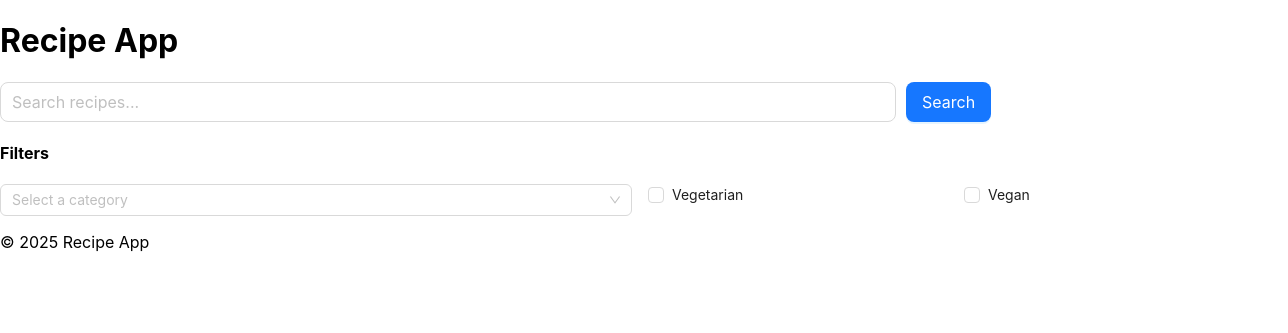
Repository: LearnTek-In-Private-Limited/recipie-era-premier
Page: /
An editor plug-in stored every save of this project. The page is shown before and after the next save, followed by the edit.
The browser window is 1280 px wide. The page is 1288 px wide, so the pictures cover 1288 px, including what lies to the right of the window. The pictures show the whole page.
The page's requests for data from a server got no answer. The project was rebuilt for these pictures with package versions that can differ from the ones it lists, and the page was loaded fresh each time. No one was signed in, and anything a server would have sent is missing.

Above is the page before, as saved 2025-01-25 19:39:47.

### src/App.js
import React from 'react';
import { Provider } from 'react-redux';
import store from './redux/store';
import RecipeList from './components/RecipeList';
import SearchBar from './components/SearchBar';
import FavoritesList from './components/FavoritesList';
import FilterOptions from './components/FilterOptions';

function App() {
  return (
    <Provider store={store}>
      <div className="container">
        <header className="bg-primary text-white text-center py-3">
          <h1>Recipe App</h1>
        </header>
        <main className="py-4">
          <div className="row mb-4">
            {/* Filters and Search */}
            <div className="col-12">
              <SearchBar />
              <FilterOptions />
            </div>
          </div>
          <div className="row">
            {/* Recipe List */}
            <div className="col-md-8">
              <RecipeList />
            </div>

            {/* Favorites */}
            <div className="col-md-4">
              <FavoritesList />
            </div>
          </div>
        </main>
        <footer className="text-center py-3">
          <p>&copy; 2025 Recipe App</p>
        </footer>
      </div>
    </Provider>
  );
}

export default App;

### src/redux/store.js
import { createStore, combineReducers, applyMiddleware } from 'redux';
import {thunk} from 'redux-thunk';
import { recipeReducer, favoriteReducer } from '../redux/reducers/recipeReducer';

const rootReducer = combineReducers({
  recipes: recipeReducer,
  favorites: favoriteReducer,
});

const store = createStore(rootReducer, applyMiddleware(thunk));

export default store;

### src/components/RecipeList.js
import React, { useState, useEffect } from 'react';
import { Card, Col, Row, Button, Modal } from 'antd';
import { useDispatch, useSelector } from 'react-redux';
import { fetchRecipes, toggleFavorite } from '../redux/actions/recipeActions';

const RecipeList = () => {
  const dispatch = useDispatch();
  const recipes = useSelector((state) => state.recipes.recipes);
  const favorites = useSelector((state) => state.favorites);
  const [selectedRecipe, setSelectedRecipe] = useState(null);

  // Fetch recipes on mount
  useEffect(() => {
    dispatch(fetchRecipes());
  }, [dispatch]);

  const isFavorite = (recipe) => favorites.some((fav) => fav.label === recipe.label);

  const handleRecipeClick = (recipe) => {
    setSelectedRecipe(recipe);
  };

  const handleCloseModal = () => {
    setSelectedRecipe(null);
  };

  const toggleFavoriteStatus = (recipe) => {
    dispatch(toggleFavorite(recipe));
  };

  return (
    <>
      <Row gutter={[16, 16]}>
        {recipes.map((recipe, index) => (
          <Col xs={24} sm={12} md={8} lg={6} key={index}>
            <Card
              hoverable
              style={{ height: '100%', display: 'flex', flexDirection: 'column', justifyContent: 'space-between' }}
              cover={
                <img
                  alt={recipe.label}
                  src={recipe.image}
                  style={{ height: '200px', objectFit: 'cover' }}
                />
              }
              title={recipe.label}
              onClick={() => handleRecipeClick(recipe)} // Clicking on the card opens the modal
            >
              <p>{recipe.cuisineType?.join(', ') || 'No cuisine info'}</p>
              <Button
                type={isFavorite(recipe) ? 'danger' : 'primary'}
                onClick={(e) => {
                  e.stopPropagation(); // Prevent card click event from firing
                  toggleFavoriteStatus(recipe);
                }}
              >
                {isFavorite(recipe) ? 'Remove Favorite' : 'Add to Favorites'}
              </Button>
            </Card>
          </Col>
        ))}
      </Row>

      {/* Modal to show recipe details */}
      <Modal
        title={selectedRecipe?.label}
        visible={selectedRecipe !== null}
        onCancel={handleCloseModal}
        footer={null}
        width={800}
      >
        {selectedRecipe && (
          <div>
            <img
              alt={selectedRecipe.label}
              src={selectedRecipe.image}
              style={{ width: '100%', height: 'auto', objectFit: 'cover' }}
            />
            <h3>Ingredients</h3>
            <ul>
              {selectedRecipe.ingredients.map((ingredient, index) => (
                <li key={index}>{ingredient.text}</li>
              ))}
            </ul>
            <h3>Instructions</h3>
            <p>{selectedRecipe.instructions}</p>
            <p><strong>Preparation time:</strong> {selectedRecipe.totalTime} minutes</p>
            <p><strong>Serving size:</strong> {selectedRecipe.yield} servings</p>
          </div>
        )}
      </Modal>
    </>
  );
};

export default RecipeList;

### src/components/SearchBar.js
import React, { useState } from 'react';
import { Input, Button, message } from 'antd';
import { useDispatch } from 'react-redux';
import { fetchRecipes } from '../redux/actions/recipeActions';

const SearchBar = () => {
  const [query, setQuery] = useState('');
  const dispatch = useDispatch();

  const handleSearch = () => {
    if (!query) {
      message.warning('Please enter a search query');
      return;
    }
    dispatch(fetchRecipes(query));
  };

  return (
    <div className="mb-4">
      <Input
        placeholder="Search recipes..."
        value={query}
        onChange={(e) => setQuery(e.target.value)}
        size="large"
        style={{ marginRight: '10px', width: '70%' }}
        onPressEnter={handleSearch} // Allow "Enter" key to trigger search
      />
      <Button type="primary" size="large" onClick={handleSearch}>
        Search
      </Button>
    </div>
  );
};

export default SearchBar;

### src/components/FavoritesList.js
import React from 'react';
import { Card, Col, Row, Button } from 'antd';
import { useDispatch, useSelector } from 'react-redux';

const RecipeList = () => {
  const dispatch = useDispatch();
  const recipes = useSelector((state) => state.recipes.recipes);
  const favorites = useSelector((state) => state.favorites);

  // Placeholder images
  const vegetarianImage = 'https://via.placeholder.com/150/green'; // Vegetarian placeholder
  const nonVegetarianImage = 'https://via.placeholder.com/150/red'; // Non-vegetarian placeholder

  // Check if the recipe is in favorites
  const isFavorite = (recipe) => favorites.some((fav) => fav.label === recipe.label);

  // Add or remove recipe from favorites
  const toggleFavorite = (recipe) => {
    if (isFavorite(recipe)) {
      dispatch({ type: 'REMOVE_FAVORITE', payload: recipe.label });
    } else {
      dispatch({ type: 'ADD_FAVORITE', payload: recipe });
    }
  };

  return (
    <Row gutter={[16, 16]}>
      {recipes.map((recipe, index) => {
        const isVegetarian = recipe.recipe.dietLabels.includes('Vegetarian');
        const imageUrl = isVegetarian ? vegetarianImage : nonVegetarianImage;

        return (
          <Col xs={24} sm={12} md={8} lg={6} key={index}>
            <Card
              hoverable
              style={{
                height: '350px',
                display: 'flex',
                flexDirection: 'column',
                justifyContent: 'space-between',
              }}
              cover={
                <img
                  className="recipe-image"
                  alt={recipe.recipe.label}
                  src={imageUrl || 'https://via.placeholder.com/150'}
                />
              }
              title={recipe.recipe.label}
            >
              <p>{recipe.recipe.cuisineType?.join(', ') || 'No cuisine info'}</p>
              <Button
                type={isFavorite(recipe.recipe) ? 'danger' : 'primary'}
                onClick={() => toggleFavorite(recipe.recipe)}
              >
                {isFavorite(recipe.recipe) ? 'Remove Favorite' : 'Add to Favorites'}
              </Button>
            </Card>
          </Col>
        );
      })}
    </Row>
  );
};

export default RecipeList;

### src/components/FilterOptions.js
import React from 'react';
import { Select, Checkbox, Row, Col } from 'antd';
import { useDispatch } from 'react-redux';
import { fetchRecipes } from '../redux/actions/recipeActions';

const { Option } = Select;

const FilterOptions = () => {
  const dispatch = useDispatch();

  const handleCategoryChange = (value) => {
    dispatch(fetchRecipes(value));
  };

  const handleDietaryChange = (checkedValues) => {
    const query = checkedValues.join(',');
    dispatch(fetchRecipes(query));
  };

  return (
    <div className="mb-4">
      <h4>Filters</h4>
      <Row gutter={16}>
        <Col md={12}>
          <Select
            style={{ width: '100%' }}
            placeholder="Select a category"
            onChange={handleCategoryChange}
          >
            <Option value="breakfast">Breakfast</Option>
            <Option value="lunch">Lunch</Option>
            <Option value="dinner">Dinner</Option>
          </Select>
        </Col>
        <Col md={12}>
          <Checkbox.Group style={{ width: '100%' }} onChange={handleDietaryChange}>
            <Row>
              <Col span={12}>
                <Checkbox value="vegetarian">Vegetarian</Checkbox>
              </Col>
              <Col span={12}>
                <Checkbox value="vegan">Vegan</Checkbox>
              </Col>
            </Row>
          </Checkbox.Group>
        </Col>
      </Row>
    </div>
  );
};

export default FilterOptions;

### src/redux/reducers/recipeReducer.js
const initialState = {
  recipes: [],
  loading: false,
  error: null,
};

export const recipeReducer = (state = initialState, action) => {
  switch (action.type) {
    case 'FETCH_RECIPES_SUCCESS':
      return {
        ...state,
        recipes: action.payload,
        loading: false,
      };
    case 'FETCH_RECIPES_FAILURE':
      return {
        ...state,
        loading: false,
        error: action.payload,
      };
    default:
      return state;
  }
};

const favoriteState = [];

export const favoriteReducer = (state = favoriteState, action) => {
  switch (action.type) {
    case 'TOGGLE_FAVORITE':
      const recipeExists = state.some((fav) => fav.label === action.payload.label);
      if (recipeExists) {
        return state.filter((fav) => fav.label !== action.payload.label);
      } else {
        return [...state, action.payload];
      }
    default:
      return state;
  }
};

### src/redux/actions/recipeActions.js
import axios from 'axios';

export const fetchRecipes = (query = 'pizza') => async (dispatch) => {
  try {
    const response = await axios.get(
      `https://api.edamam.com/search?q=${query}&app_id=a5de3521&app_key=28f8a20bd893e2740e68d4bbb349b977&from=0&to=50`
    );
    const recipes = response.data.hits.map(hit => hit.recipe);
    dispatch({ type: 'FETCH_RECIPES_SUCCESS', payload: recipes });
  } catch (error) {
    dispatch({ type: 'FETCH_RECIPES_FAILURE', payload: error });
  }
};

export const toggleFavorite = (recipe) => {
  return {
    type: 'TOGGLE_FAVORITE',
    payload: recipe,
  };
};

Loaded but not shown: public/index.html (common file); src/index.js (common file); src/index.css (common file); src/reportWebVitals.js (common file)

After the next save:
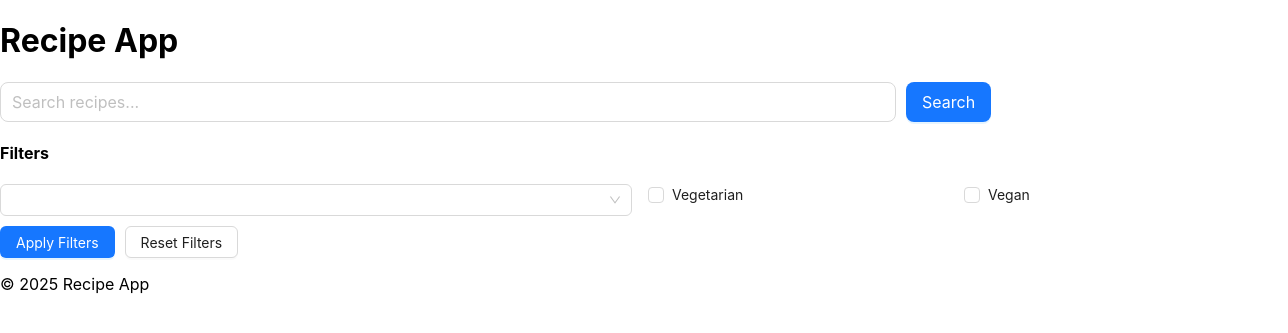
Saved 35 s later.
--- a/src/components/FilterOptions.js
+++ b/src/components/FilterOptions.js
@@ -1,5 +1,5 @@
-import React from 'react';
-import { Select, Checkbox, Row, Col } from 'antd';
+import React, { useState } from 'react';
+import { Select, Checkbox, Row, Col, Button } from 'antd';
 import { useDispatch } from 'react-redux';
 import { fetchRecipes } from '../redux/actions/recipeActions';
 
@@ -7,14 +7,30 @@
 
 const FilterOptions = () => {
   const dispatch = useDispatch();
+  const [category, setCategory] = useState('');
+  const [dietary, setDietary] = useState([]);
 
+  // Handle category change
   const handleCategoryChange = (value) => {
-    dispatch(fetchRecipes(value));
+    setCategory(value);
   };
 
+  // Handle dietary preferences change
   const handleDietaryChange = (checkedValues) => {
-    const query = checkedValues.join(',');
+    setDietary(checkedValues);
+  };
+
+  // Fetch recipes based on the selected filters
+  const handleFilterApply = () => {
+    const query = `${category ? `category:${category}` : ''}${dietary.length > 0 ? `&dietary:${dietary.join(',')}` : ''}`;
     dispatch(fetchRecipes(query));
+  };
+
+  // Reset all filters
+  const handleResetFilters = () => {
+    setCategory('');
+    setDietary([]);
+    dispatch(fetchRecipes()); // Reset to default fetch (all recipes)
   };
 
   return (
@@ -25,6 +41,7 @@
           <Select
             style={{ width: '100%' }}
             placeholder="Select a category"
+            value={category}
             onChange={handleCategoryChange}
           >
             <Option value="breakfast">Breakfast</Option>
@@ -33,7 +50,7 @@
           </Select>
         </Col>
         <Col md={12}>
-          <Checkbox.Group style={{ width: '100%' }} onChange={handleDietaryChange}>
+          <Checkbox.Group style={{ width: '100%' }} value={dietary} onChange={handleDietaryChange}>
             <Row>
               <Col span={12}>
                 <Checkbox value="vegetarian">Vegetarian</Checkbox>
@@ -45,6 +62,13 @@
           </Checkbox.Group>
         </Col>
       </Row>
+
+      <div style={{ marginTop: '10px' }}>
+        <Button type="primary" onClick={handleFilterApply} style={{ marginRight: '10px' }}>
+          Apply Filters
+        </Button>
+        <Button onClick={handleResetFilters}>Reset Filters</Button>
+      </div>
     </div>
   );
 };

After the 5 saves that followed:
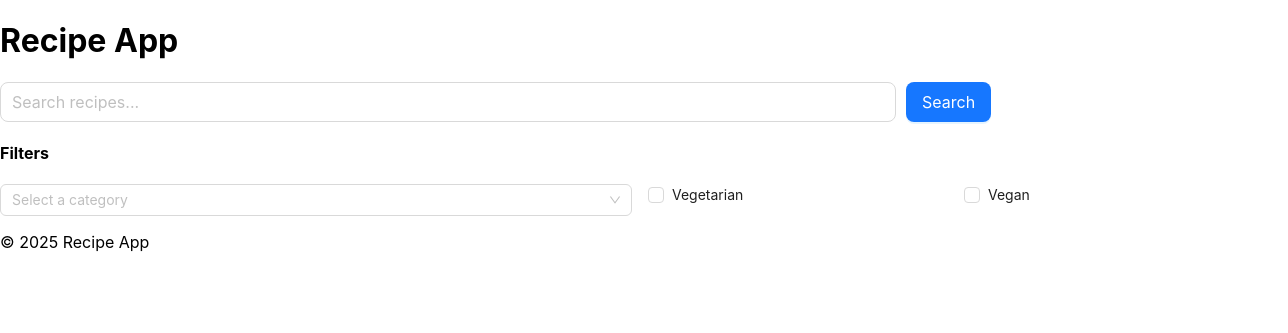
The 5 saves are shown as one change because 4 left the picture as it was.
The last was saved 2 min 33 s later.
--- a/src/components/RecipeList.js
+++ b/src/components/RecipeList.js
@@ -1,95 +1,42 @@
-import React, { useState, useEffect } from 'react';
-import { Card, Col, Row, Button, Modal } from 'antd';
+import React from 'react';
+import { Card, Col, Row, Button } from 'antd';
 import { useDispatch, useSelector } from 'react-redux';
-import { fetchRecipes, toggleFavorite } from '../redux/actions/recipeActions';
 
 const RecipeList = () => {
   const dispatch = useDispatch();
   const recipes = useSelector((state) => state.recipes.recipes);
   const favorites = useSelector((state) => state.favorites);
-  const [selectedRecipe, setSelectedRecipe] = useState(null);
-
-  // Fetch recipes on mount
-  useEffect(() => {
-    dispatch(fetchRecipes());
-  }, [dispatch]);
 
   const isFavorite = (recipe) => favorites.some((fav) => fav.label === recipe.label);
 
-  const handleRecipeClick = (recipe) => {
-    setSelectedRecipe(recipe);
-  };
-
-  const handleCloseModal = () => {
-    setSelectedRecipe(null);
-  };
-
-  const toggleFavoriteStatus = (recipe) => {
-    dispatch(toggleFavorite(recipe));
+  const toggleFavorite = (recipe) => {
+    if (isFavorite(recipe)) {
+      dispatch({ type: 'REMOVE_FAVORITE', payload: recipe.label });
+    } else {
+      dispatch({ type: 'ADD_FAVORITE', payload: recipe });
+    }
   };
 
   return (
-    <>
-      <Row gutter={[16, 16]}>
-        {recipes.map((recipe, index) => (
-          <Col xs={24} sm={12} md={8} lg={6} key={index}>
-            <Card
-              hoverable
-              style={{ height: '100%', display: 'flex', flexDirection: 'column', justifyContent: 'space-between' }}
-              cover={
-                <img
-                  alt={recipe.label}
-                  src={recipe.image}
-                  style={{ height: '200px', objectFit: 'cover' }}
-                />
-              }
-              title={recipe.label}
-              onClick={() => handleRecipeClick(recipe)} // Clicking on the card opens the modal
+    <Row gutter={[16, 16]}>
+      {recipes.map((recipe, index) => (
+        <Col xs={24} sm={12} md={8} lg={6} key={index}>
+          <Card
+            hoverable
+            cover={<img alt={recipe.recipe.label} src={recipe.recipe.image} />}
+            title={recipe.recipe.label}
+          >
+            <p>{recipe.recipe.cuisineType?.join(', ') || 'No cuisine info'}</p>
+            <Button
+              type={isFavorite(recipe.recipe) ? 'danger' : 'primary'}
+              onClick={() => toggleFavorite(recipe.recipe)}
             >
-              <p>{recipe.cuisineType?.join(', ') || 'No cuisine info'}</p>
-              <Button
-                type={isFavorite(recipe) ? 'danger' : 'primary'}
-                onClick={(e) => {
-                  e.stopPropagation(); // Prevent card click event from firing
-                  toggleFavoriteStatus(recipe);
-                }}
-              >
-                {isFavorite(recipe) ? 'Remove Favorite' : 'Add to Favorites'}
-              </Button>
-            </Card>
-          </Col>
-        ))}
-      </Row>
-
-      {/* Modal to show recipe details */}
-      <Modal
-        title={selectedRecipe?.label}
-        visible={selectedRecipe !== null}
-        onCancel={handleCloseModal}
-        footer={null}
-        width={800}
-      >
-        {selectedRecipe && (
-          <div>
-            <img
-              alt={selectedRecipe.label}
-              src={selectedRecipe.image}
-              style={{ width: '100%', height: 'auto', objectFit: 'cover' }}
-            />
-            <h3>Ingredients</h3>
-            <ul>
-              {selectedRecipe.ingredients.map((ingredient, index) => (
-                <li key={index}>{ingredient.text}</li>
-              ))}
-            </ul>
-            <h3>Instructions</h3>
-            <p>{selectedRecipe.instructions}</p>
-            <p><strong>Preparation time:</strong> {selectedRecipe.totalTime} minutes</p>
-            <p><strong>Serving size:</strong> {selectedRecipe.yield} servings</p>
-          </div>
-        )}
-      </Modal>
-    </>
+              {isFavorite(recipe.recipe) ? 'Remove Favorite' : 'Add to Favorites'}
+            </Button>
+          </Card>
+        </Col>
+      ))}
+    </Row>
   );
 };
 
--- a/src/components/FilterOptions.js
+++ b/src/components/FilterOptions.js
@@ -1,5 +1,5 @@
-import React, { useState } from 'react';
-import { Select, Checkbox, Row, Col, Button } from 'antd';
+import React from 'react';
+import { Select, Checkbox, Row, Col } from 'antd';
 import { useDispatch } from 'react-redux';
 import { fetchRecipes } from '../redux/actions/recipeActions';
 
@@ -7,30 +7,14 @@
 
 const FilterOptions = () => {
   const dispatch = useDispatch();
-  const [category, setCategory] = useState('');
-  const [dietary, setDietary] = useState([]);
 
-  // Handle category change
   const handleCategoryChange = (value) => {
-    setCategory(value);
+    dispatch(fetchRecipes(value));
   };
 
-  // Handle dietary preferences change
   const handleDietaryChange = (checkedValues) => {
-    setDietary(checkedValues);
-  };
-
-  // Fetch recipes based on the selected filters
-  const handleFilterApply = () => {
-    const query = `${category ? `category:${category}` : ''}${dietary.length > 0 ? `&dietary:${dietary.join(',')}` : ''}`;
+    const query = checkedValues.join(',');
     dispatch(fetchRecipes(query));
-  };
-
-  // Reset all filters
-  const handleResetFilters = () => {
-    setCategory('');
-    setDietary([]);
-    dispatch(fetchRecipes()); // Reset to default fetch (all recipes)
   };
 
   return (
@@ -41,7 +25,6 @@
           <Select
             style={{ width: '100%' }}
             placeholder="Select a category"
-            value={category}
             onChange={handleCategoryChange}
           >
             <Option value="breakfast">Breakfast</Option>
@@ -50,7 +33,7 @@
           </Select>
         </Col>
         <Col md={12}>
-          <Checkbox.Group style={{ width: '100%' }} value={dietary} onChange={handleDietaryChange}>
+          <Checkbox.Group style={{ width: '100%' }} onChange={handleDietaryChange}>
             <Row>
               <Col span={12}>
                 <Checkbox value="vegetarian">Vegetarian</Checkbox>
@@ -62,13 +45,6 @@
           </Checkbox.Group>
         </Col>
       </Row>
-
-      <div style={{ marginTop: '10px' }}>
-        <Button type="primary" onClick={handleFilterApply} style={{ marginRight: '10px' }}>
-          Apply Filters
-        </Button>
-        <Button onClick={handleResetFilters}>Reset Filters</Button>
-      </div>
     </div>
   );
 };
--- a/src/redux/actions/recipeActions.js
+++ b/src/redux/actions/recipeActions.js
@@ -1,10 +1,11 @@
 import axios from 'axios';
 
-export const fetchRecipes = (query = 'pizza') => async (dispatch) => {
+export const fetchRecipes = (query = '') => async (dispatch) => {
   try {
-    const response = await axios.get(
-      `https://api.edamam.com/search?q=${query}&app_id=a5de3521&app_key=28f8a20bd893e2740e68d4bbb349b977&from=0&to=50`
-    );
+    // Construct the API URL based on the query string
+    const apiUrl = `https://api.edamam.com/search?q=${query}&app_id=a5de3521&app_key=28f8a20bd893e2740e68d4bbb349b977&from=0&to=50`;
+
+    const response = await axios.get(apiUrl);
     const recipes = response.data.hits.map(hit => hit.recipe);
     dispatch({ type: 'FETCH_RECIPES_SUCCESS', payload: recipes });
   } catch (error) {
